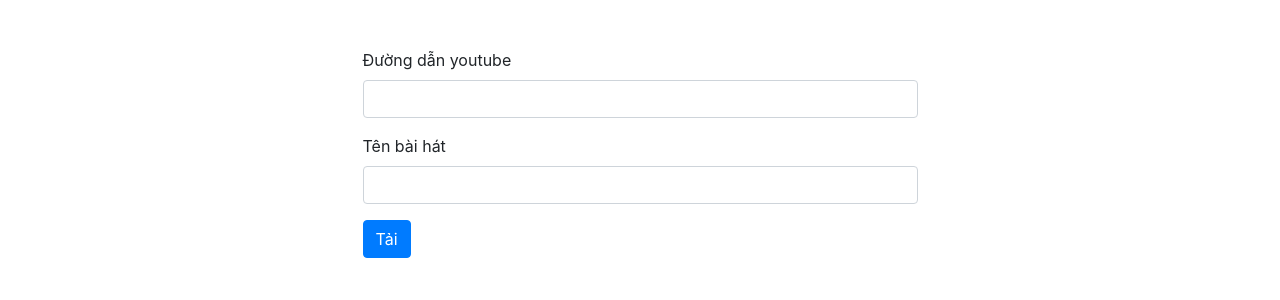
Repository: phamvuhung2710/sound-express
Page: http://localhost/download
The author's editor kept a copy of each file at every save. The page is drawn from the files as they stood at one save, then again after the next save.
The browser window is 1280 px wide. The pictures show the whole page.
The page is served by the project's Node server (server.js).

Above is the page before, as saved 2022-08-04 22:22:59.

### views/download.ejs
<!DOCTYPE html>
<html lang="en">
  <head>
    <meta charset="UTF-8" />
    <meta http-equiv="X-UA-Compatible" content="IE=edge" />
    <meta name="viewport" content="width=device-width, initial-scale=1.0" />
    <title>LongK</title>
    <link
      rel="stylesheet"
      href="https://cdn.jsdelivr.net/npm/bootstrap@4.3.1/dist/css/bootstrap.min.css"
      integrity="sha384-ggOyR0iXCbMQv3Xipma34MD+dH/1fQ784/j6cY/iJTQUOhcWr7x9JvoRxT2MZw1T"
      crossorigin="anonymous"
    />
  </head>
  <body>
    <div class="container">
      <form
        method="post"
        action="/download"
        class="mt-5 mx-auto"
        style="width: 50%"
      >
        <div class="form-group">
          <label for="pathMusic">Đường dẫn youtube</label>
          <input
            type="text"
            class="form-control"
            id="pathMusic"
            name="pathMusic"
          />
        </div>
        <div class="form-group">
          <label for="nameMusic">Tên bài hát</label>
          <input
            type="text"
            class="form-control"
            id="nameMusic"
            name="nameMusic"
          />
        </div>
        <button type="submit" class="btn btn-primary">Tải</button>
      </form>
    </div>

    <script
      src="https://code.jquery.com/jquery-3.3.1.slim.min.js"
      integrity="sha384-q8i/X+965DzO0rT7abK41JStQIAqVgRVzpbzo5smXKp4YfRvH+8abtTE1Pi6jizo"
      crossorigin="anonymous"
    ></script>
    <script
      src="https://cdn.jsdelivr.net/npm/popper.js@1.14.7/dist/umd/popper.min.js"
      integrity="sha384-UO2eT0CpHqdSJQ6hJty5KVphtPhzWj9WO1clHTMGa3JDZwrnQq4sF86dIHNDz0W1"
      crossorigin="anonymous"
    ></script>
    <script
      src="https://cdn.jsdelivr.net/npm/bootstrap@4.3.1/dist/js/bootstrap.min.js"
      integrity="sha384-JjSmVgyd0p3pXB1rRibZUAYoIIy6OrQ6VrjIEaFf/nJGzIxFDsf4x0xIM+B07jRM"
      crossorigin="anonymous"
    ></script>
  </body>
</html>

### server.js
const express = require('express')
const util = require('util')
const app = express()
var bodyParser = require('body-parser')
const YoutubeMp3Downloader = require('youtube-mp3-downloader')

const path = require('path')
const fs = require('fs')
const readdir = util.promisify(fs.readdir)

const directoryPath = path.join(__dirname, 'public')

// parse application/x-www-form-urlencoded
app.use(bodyParser.urlencoded({ extended: false }))

// parse application/json
app.use(bodyParser.json())
app.use(express.json())

app.set('view engine', 'ejs')
app.use(express.static('public'))

app.get('/', async (req, res) => {
  const listMusic = await readdir(directoryPath)
  res.render('index', { listMusic })
})

app.post('/', (req, res) => {
  res.send('OK')
})

app.get('/download', (req, res) => {
  res.render('download')
})

app.post('/delete', (req, res) => {
  fs.unlink(`./public/${req.body.name}`, (err) => {
    if (err) throw err //handle your error the way you want to;
    console.log('path/file.txt was deleted') //or else the file will be deleted
  })
  res.send('Xoá thành công')
})

app.post('/download/', (req, res) => {
  let { pathMusic, nameMusic } = req.body
  pathMusic = pathMusic.replace('https://www.youtube.com/watch?v=', '').trim()
  nameMusic = nameMusic.toLowerCase()
  nameMusic = removeVietnameseTones(nameMusic)
  nameMusic = nameMusic.replace(' ', '-').trim()
  console.log('pathMusic: ', pathMusic)
  console.log('nameMusic: ', nameMusic)
  // var YD = new YoutubeMp3Downloader({
  //   ffmpegPath: './ffmpeg/bin/ffmpeg.exe', // FFmpeg binary location
  //   outputPath: './public', // Output file location (default: the home directory)
  //   youtubeVideoQuality: 'highestaudio', // Desired video quality (default: highestaudio)
  //   queueParallelism: 2, // Download parallelism (default: 1)
  //   progressTimeout: 2000, // Interval in ms for the progress reports (default: 1000)
  //   allowWebm: false // Enable download from WebM sources (default: false)
  // })

  // //Download video and save as MP3 file
  // YD.download('lXx-kdlxL48', '2.mp3')

  // YD.on('finished', function (err, data) {
  //   res.send('Thành công')
  // })

  // YD.on('error', function (error) {
  //   console.log('error: ', error)
  // })

  // YD.on('progress', function (progress) {
  //   console.log(JSON.stringify(progress))
  // })
})

app.listen(3000, () => {
  console.log(`Server started running`)
})

function removeVietnameseTones(str) {
  str = str.replace(/à|á|ạ|ả|ã|â|ầ|ấ|ậ|ẩ|ẫ|ă|ằ|ắ|ặ|ẳ|ẵ/g, 'a')
  str = str.replace(/è|é|ẹ|ẻ|ẽ|ê|ề|ế|ệ|ể|ễ/g, 'e')
  str = str.replace(/ì|í|ị|ỉ|ĩ/g, 'i')
  str = str.replace(/ò|ó|ọ|ỏ|õ|ô|ồ|ố|ộ|ổ|ỗ|ơ|ờ|ớ|ợ|ở|ỡ/g, 'o')
  str = str.replace(/ù|ú|ụ|ủ|ũ|ư|ừ|ứ|ự|ử|ữ/g, 'u')
  str = str.replace(/ỳ|ý|ỵ|ỷ|ỹ/g, 'y')
  str = str.replace(/đ/g, 'd')
  str = str.replace(/À|Á|Ạ|Ả|Ã|Â|Ầ|Ấ|Ậ|Ẩ|Ẫ|Ă|Ằ|Ắ|Ặ|Ẳ|Ẵ/g, 'A')
  str = str.replace(/È|É|Ẹ|Ẻ|Ẽ|Ê|Ề|Ế|Ệ|Ể|Ễ/g, 'E')
  str = str.replace(/Ì|Í|Ị|Ỉ|Ĩ/g, 'I')
  str = str.replace(/Ò|Ó|Ọ|Ỏ|Õ|Ô|Ồ|Ố|Ộ|Ổ|Ỗ|Ơ|Ờ|Ớ|Ợ|Ở|Ỡ/g, 'O')
  str = str.replace(/Ù|Ú|Ụ|Ủ|Ũ|Ư|Ừ|Ứ|Ự|Ử|Ữ/g, 'U')
  str = str.replace(/Ỳ|Ý|Ỵ|Ỷ|Ỹ/g, 'Y')
  str = str.replace(/Đ/g, 'D')
  // Some system encode vietnamese combining accent as individual utf-8 characters
  // Một vài bộ encode coi các dấu mũ, dấu chữ như một kí tự riêng biệt nên thêm hai dòng này
  str = str.replace(/\u0300|\u0301|\u0303|\u0309|\u0323/g, '') // ̀ ́ ̃ ̉ ̣  huyền, sắc, ngã, hỏi, nặng
  str = str.replace(/\u02C6|\u0306|\u031B/g, '') // ˆ ̆ ̛  Â, Ê, Ă, Ơ, Ư
  // Remove extra spaces
  // Bỏ các khoảng trắng liền nhau
  str = str.replace(/ + /g, ' ')
  str = str.trim()
  // Remove punctuations
  // Bỏ dấu câu, kí tự đặc biệt
  str = str.replace(
    /!|@|%|\^|\*|\(|\)|\+|\=|\<|\>|\?|\/|,|\.|\:|\;|\'|\"|\&|\#|\[|\]|~|\$|_|`|-|{|}|\||\\/g,
    ' '
  )
  return str
}

After the next save:
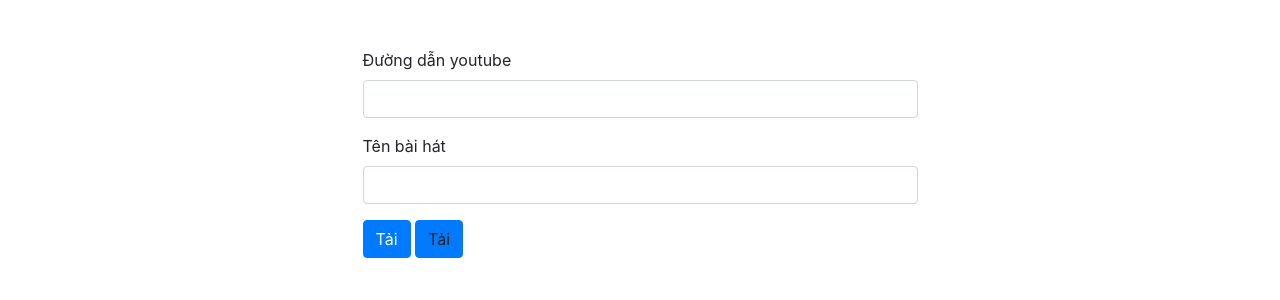
Saved 9 s later.
--- a/views/download.ejs
+++ b/views/download.ejs
@@ -39,6 +39,7 @@
           />
         </div>
         <button type="submit" class="btn btn-primary">Tải</button>
+        <a type="submit" class="btn btn-primary">Tải</a>
       </form>
     </div>
 
